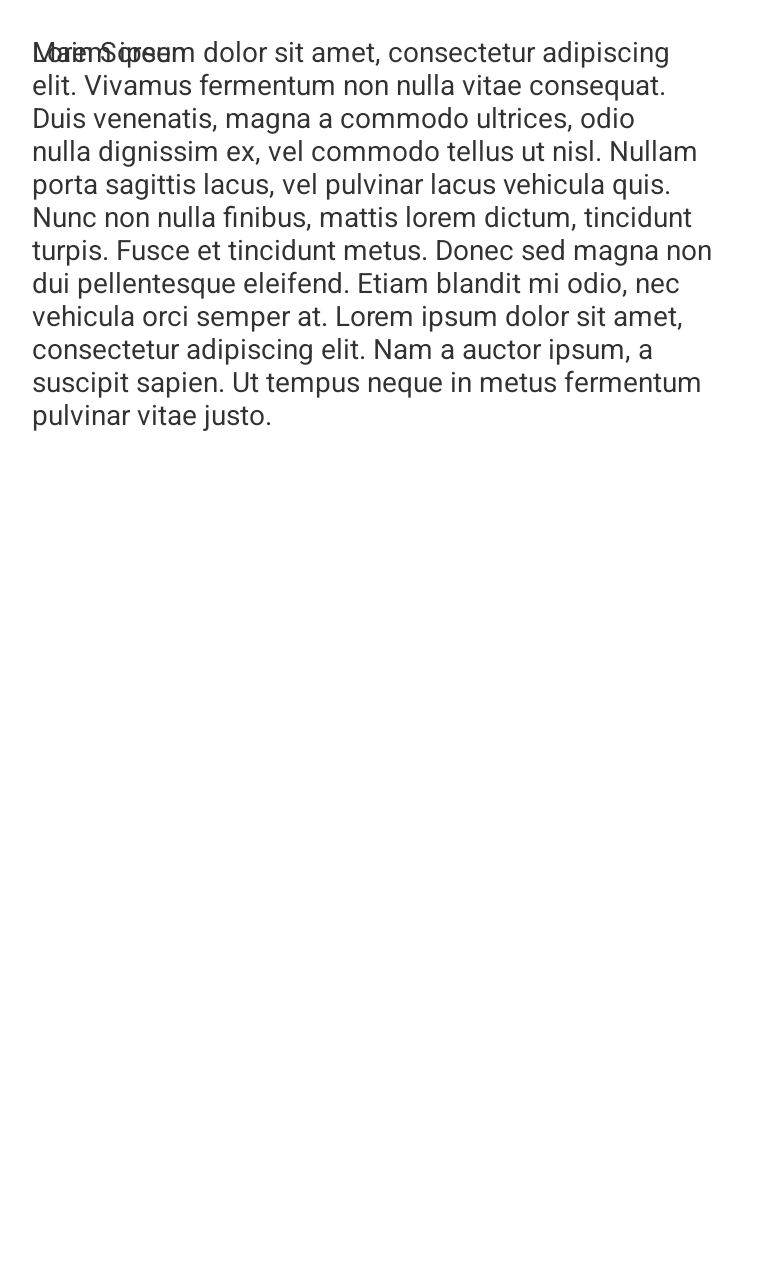
Repository: sam-stewart/in721
Layout: ActivitiesIntentsRequesting/res/layout/activity_data_requesting.xml
The author's editor kept a copy of each file at every save. The layout is drawn from the files as they stood at one save, then again after the next save.
It is drawn on a 768 x 1280 px phone screen (xhdpi) without system bars, with theme AppTheme; the app's code is not run.

Above is the layout before, as saved 2015-03-07 03:00:49.

### ActivitiesIntentsRequesting/res/layout/activity_data_requesting.xml
<RelativeLayout xmlns:android="http://schemas.android.com/apk/res/android"
    xmlns:tools="http://schemas.android.com/tools"
    android:layout_width="match_parent"
    android:layout_height="match_parent"
    android:paddingBottom="@dimen/activity_vertical_margin"
    android:paddingLeft="@dimen/activity_horizontal_margin"
    android:paddingRight="@dimen/activity_horizontal_margin"
    android:paddingTop="@dimen/activity_vertical_margin"
    tools:context="bit.stewasc3.activitiesintentsrequesting.DataRequesting" >

    <TextView
        android:layout_width="wrap_content"
        android:layout_height="wrap_content"
        android:text="@string/main_screen" />

    <TextView
        android:layout_width="wrap_content"
        android:layout_height="wrap_content"
        android:layout_below="@"
        android:text="@string/lorem_ipsum" />

</RelativeLayout>

### ActivitiesIntentsRequesting/res/values/strings.xml
<?xml version="1.0" encoding="utf-8"?>
<resources>

    <string name="app_name">ActivitiesIntentsRequesting</string>
    <string name="hello_world">Hello world!</string>
    <string name="action_settings">Settings</string>
    <string name="lorem_ipsum">Lorem ipsum dolor sit amet, consectetur adipiscing elit. Vivamus fermentum non nulla vitae consequat. Duis venenatis, magna a commodo ultrices, odio nulla dignissim ex, vel commodo tellus ut nisl. Nullam porta sagittis lacus, vel pulvinar lacus vehicula quis. Nunc non nulla finibus, mattis lorem dictum, tincidunt turpis. Fusce et tincidunt metus. Donec sed magna non dui pellentesque eleifend. Etiam blandit mi odio, nec vehicula orci semper at. Lorem ipsum dolor sit amet, consectetur adipiscing elit. Nam a auctor ipsum, a suscipit sapien. Ut tempus neque in metus fermentum pulvinar vitae justo.</string>
    <string name="title_activity_data_requesting_settings">DataRequestingSettings</string>
    <string name="main_screen">Main Screen</string>

</resources>

Loaded but not shown: ActivitiesIntentsRequesting/res/values/styles.xml (common file); ActivitiesIntentsRequesting/res/values-v11/styles.xml (common file); ActivitiesIntentsRequesting/res/values-v14/styles.xml (common file); ActivitiesIntentsRequesting/res/values/dimens.xml (common file); ActivitiesIntentsRequesting/res/values-w820dp/dimens.xml (common file)

After the next save:
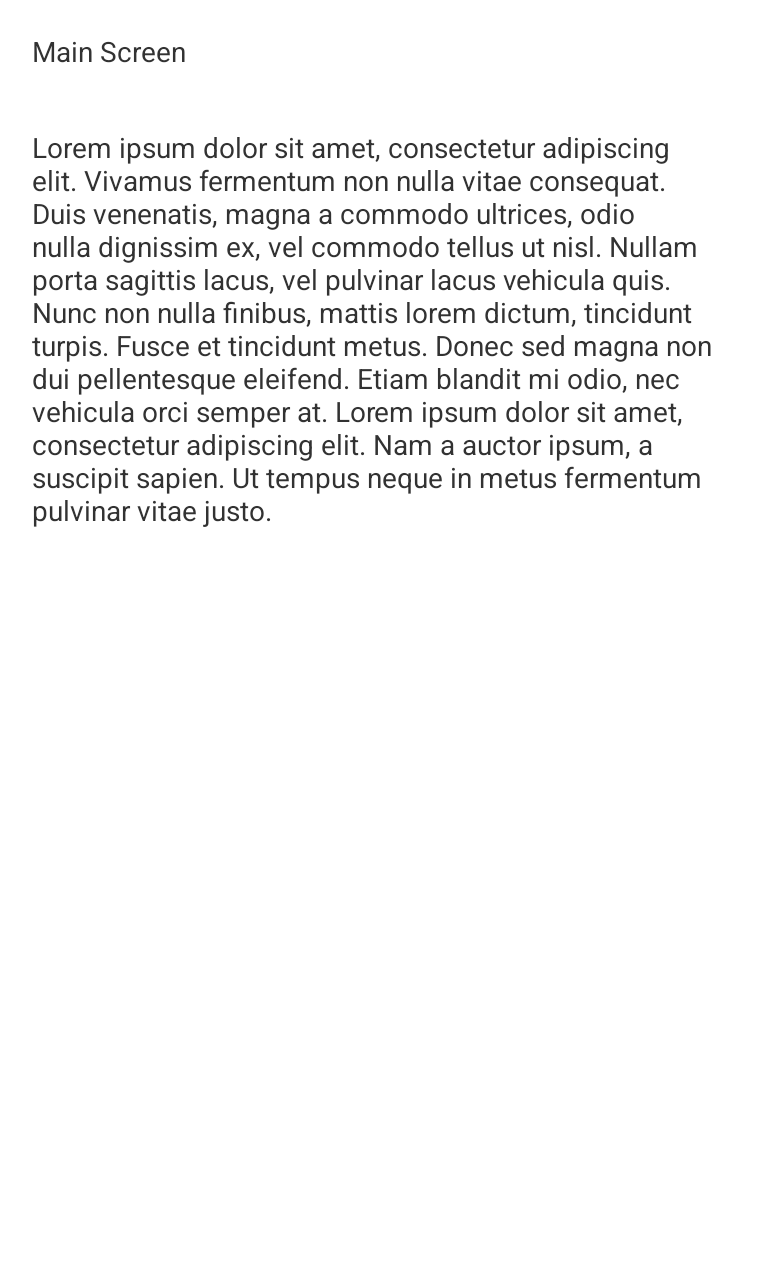
Saved 23 s later.
--- a/ActivitiesIntentsRequesting/res/layout/activity_data_requesting.xml
+++ b/ActivitiesIntentsRequesting/res/layout/activity_data_requesting.xml
@@ -9,6 +9,7 @@
     tools:context="bit.stewasc3.activitiesintentsrequesting.DataRequesting" >
 
     <TextView
+        android:id="@+id/textView1"
         android:layout_width="wrap_content"
         android:layout_height="wrap_content"
         android:text="@string/main_screen" />
@@ -16,7 +17,8 @@
     <TextView
         android:layout_width="wrap_content"
         android:layout_height="wrap_content"
-        android:layout_below="@"
+        android:layout_below="@+id/textView1"
+        android:layout_marginTop="29dp"
         android:text="@string/lorem_ipsum" />
 
 </RelativeLayout>
